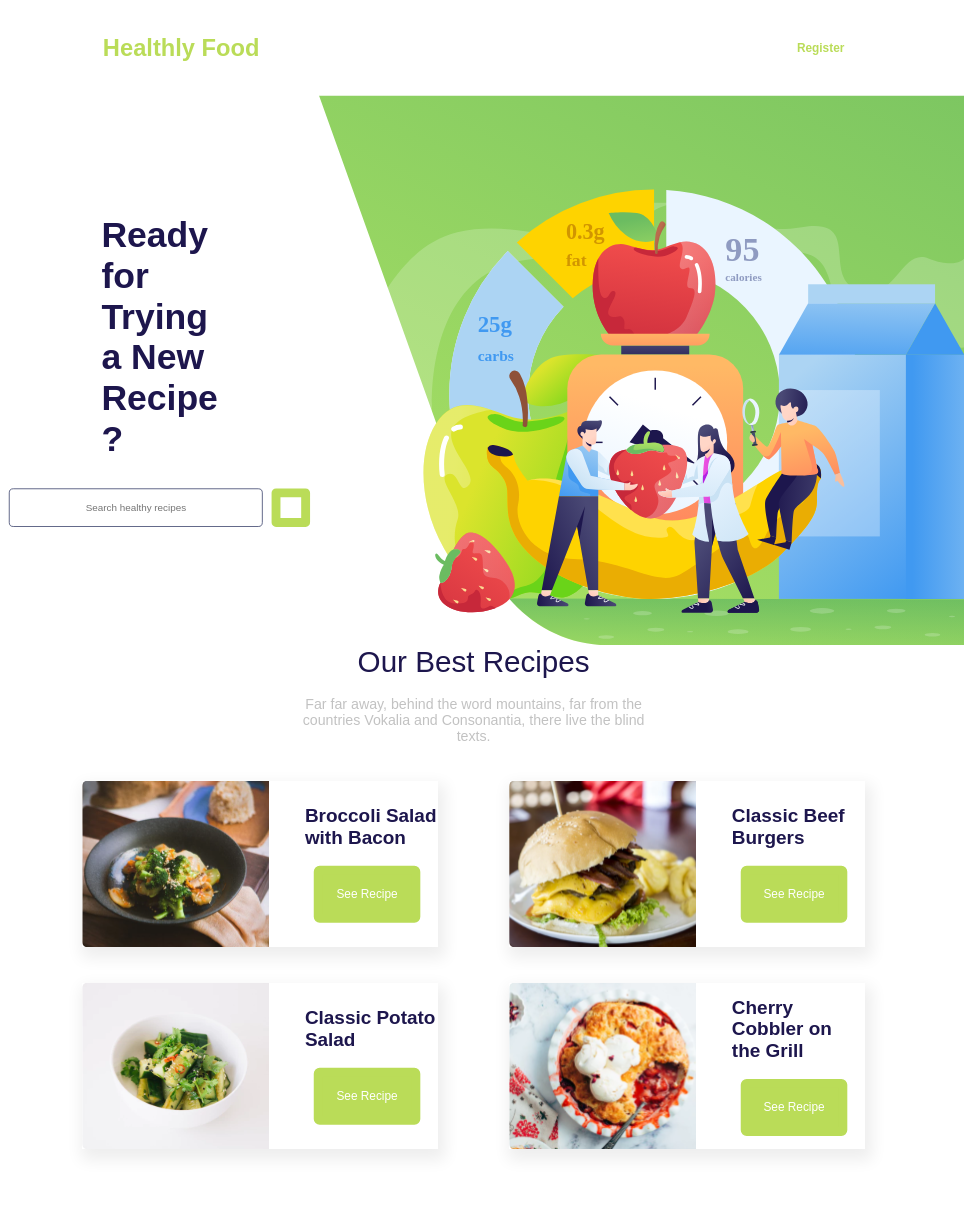
Repository: LuccaCasalecchi/HealthyFood
Page: /
The author's editor kept a copy of each file at every save. The page is drawn from the files as they stood at one save, then again after the next save.
The browser window is 1280 px wide. The page is 1303 px wide, so the pictures cover 1303 px, including what lies to the right of the window. The pictures show the whole page, at 74% of full size.
The project was rebuilt for these pictures with package versions that can differ from the ones it lists, and the page was loaded fresh each time.

Above is the page before, as saved 2021-08-18 20:53:43.

### src/App.js
import React from 'react'
import LandingPage from './pages/LandingPage/LandingPage';

function App() {
  return (
    <div className="App">
      <LandingPage/>
    </div>
  );
}

export default App;

### src/pages/LandingPage/LandingPage.jsx
import React from "react";
import "./LandingPage.css";
import Recipes from "../../components/Recipes/Recipes";
import Main from "../../components/Main/Main";

export default function LandingPage() {
  return (
    <>
      <Main/>
      <Recipes/>
    </>
  );
}

### src/pages/LandingPage/LandingPage.css
* {
  margin: 0;
  padding: 0;
  box-sizing: border-box;
  font-family: sans-serif;
}

### src/components/Recipes/Recipes.jsx
import React from "react";
import Card from '../Card/Card'

import './Recipes.css'
import FoodOne from '../../images/comida_1.svg';
import FoodTwo from '../../images/comida_2.svg';
import FoodThree from '../../images/comida_3.svg';
import FoodFour from '../../images/comida_4.svg';

export default function Recipes() {
  return (
    <section className='recipes' id='recipes'>
      <div className='recipes__introduction'>
        <p className='introduction__title'>Our Best Recipes</p>
        <p className='introduction__description'>
          Far far away, behind the word mountains,
          far from the countries Vokalia and Consonantia,
          there live the blind texts.
        </p>
      </div>
      <div className='recipes__best'>
        <Card image={FoodOne} title='Broccoli Salad with Bacon'/>
        <Card image={FoodTwo} title='Classic Beef Burgers'/>
        <Card image={FoodThree} title='Classic Potato Salad'/>
        <Card image={FoodFour} title='Cherry Cobbler on the Grill'/>
      </div>
    </section>
  );
}

### src/components/Main/Main.jsx
import React from 'react'
import Input from '../Input/Input'
import Illustration from '../../images/Illustration.svg'
import Header from '../Header/Header'
import './Main.css'

export default function Main() {
  return (
    <div>
      <Header/>
      <div className="search-recipes">
        <div className="subtitle">
          <h2>Ready for<br />Trying a New<br />Recipe ?</h2>
          <div className="input-container">
          <Input/>
          </div>
        </div>
        <img src={Illustration} alt="" />
      </div>
    </div>
  )
}

### src/components/Card/Card.jsx
import React from 'react'
import './Card.css'

export default function Card({image, title}) {
  return (
    <div>
      <article className='recipe'>
      <img className='recipe__image' src={image} alt={title}/>
      <div className="recipe__informations">
        <p className='recipe__title'>{title}</p>
        <button className='recipe__button' to='/'>See Recipe</button>
      </div>
    </article>
    </div>
  )
}

### src/components/Recipes/Recipes.css
.recipes{
  background-color: white;
  width: 100%;
  display: flex;
  flex-direction: column;
  align-items: center;
  margin-bottom: 6rem;
}

.recipes__introduction {
  max-width: 510px;
}

.introduction__title {
  margin-bottom: 1.5rem;

  color: #1D164D;
  font-family: sans-serif;
  font-size: 2.5rem;
  text-align: center;
}

.introduction__description {
  color: #c2c2c2;
  font-family: sans-serif;
  font-size: 1.2rem;
  text-align: center;
}

.recipes__best {
  display: flex;
  flex-wrap: wrap;
  justify-content: center;
}

### src/components/Input/Input.jsx
import React from 'react'
import './Input.css'

export default function Input() {
  return (
    <div className="input-container">
      <input
      type="text"
      placeholder="Search healthy recipes"/>

      <button></button>
    </div>
  )
}

### src/components/Header/Header.jsx
import React from 'react'
import './Header.css'

export default function Header() {
  return (
    <div className="header-container">
        <a href="#" className="logo">Healthly Food</a>
        <a href="#" className="register">Register</a>
    </div>
  )
}

### src/components/Main/Main.css
.search-recipes {
  display: flex;
  justify-content: space-between;
  align-items: center;
}

.subtitle {
  display: flex;
  justify-content: center;
  align-items: center;
  flex-direction: column;
}

.subtitle h2 {
  font-size: 48px;
  color: #1d164d;
  text-align: left;
  padding: 0px 137px 40px;
}

### src/components/Card/Card.css
.recipe {
  display: flex;
  align-items: center;
  margin: 3rem 3rem 0 3rem;
  box-shadow: 5px 10px 20px 6px rgba(0,0,0,0.07);
}

.recipe__image {
  max-width: 253px;
  max-height: 225px;
}

.recipe__informations {
  max-width: 180px;
  display: flex;
  flex-direction: column;
  margin-left: 3rem;
}

.recipe__title {
  margin-bottom: 1.5rem;
  color: #1D164D;
  font-family: sans-serif;
  font-size: 1.6rem;
  font-weight: 700;
}

.recipe__button {
  width: 80%;
  height: 4.8rem;
  display: flex;
  justify-content: center;
  align-items: center;
  background: #BADC58;
  color: white;
  border-radius: .5rem;
  font-family: sans-serif;
  font-size: 1rem;
  text-decoration: none;
}

### src/components/Input/Input.css
.input-container{
  display: flex;
  justify-content: center;
  align-items: center;
  padding: 0px;
}

input{
  width: 343px;
  height: 52px;
  border-radius: 6px;
  border: 1px solid #2D3561;
  text-align: center;
}

button{
  width: 52px;
  height: 52px;
  background-color: white;
  border: 12px solid #BADC58;
  border-radius: 6px;
  padding: 0px 12px;
  margin-left: 12px;
}

### src/components/Header/Header.css
.header-container{
  display: flex;
  justify-content: space-between;
  align-items: center;
  padding: 46px 0;
}

.header-container a {
  text-decoration: none;
  color: #BADC58;
  font-weight: 700;
  padding: 0 139px;
}

.header-container .logo{
  font-size: 32px;

}

.header-container .register{
  font-size: 16px;

}

Loaded but not shown: public/index.html (common file); src/index.js (common file)

After the next save:
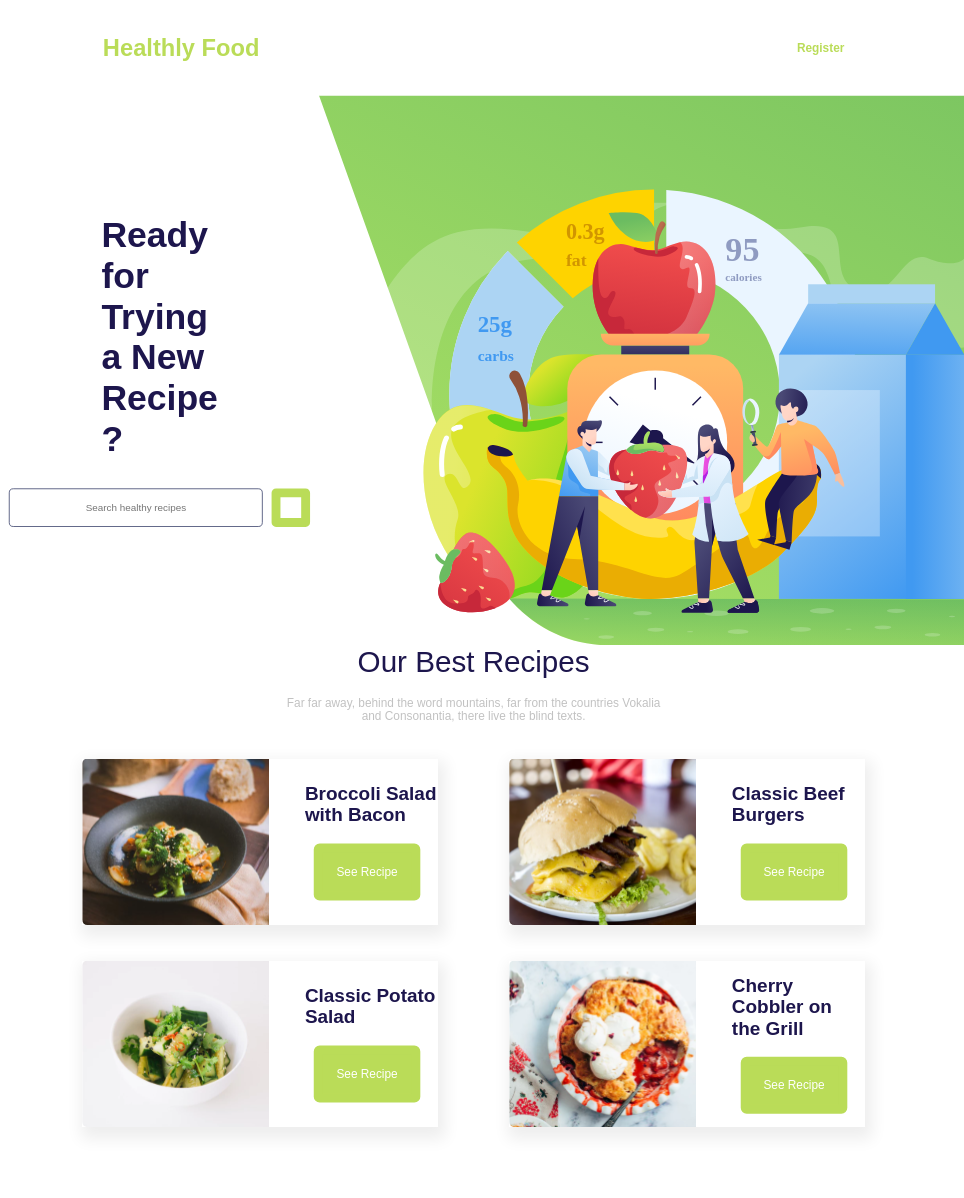
Saved 13 s later.
--- a/src/components/Recipes/Recipes.css
+++ b/src/components/Recipes/Recipes.css
@@ -23,7 +23,7 @@
 .introduction__description {
   color: #c2c2c2;
   font-family: sans-serif;
-  font-size: 1.2rem;
+  font-size: 1rem;
   text-align: center;
 }
 
